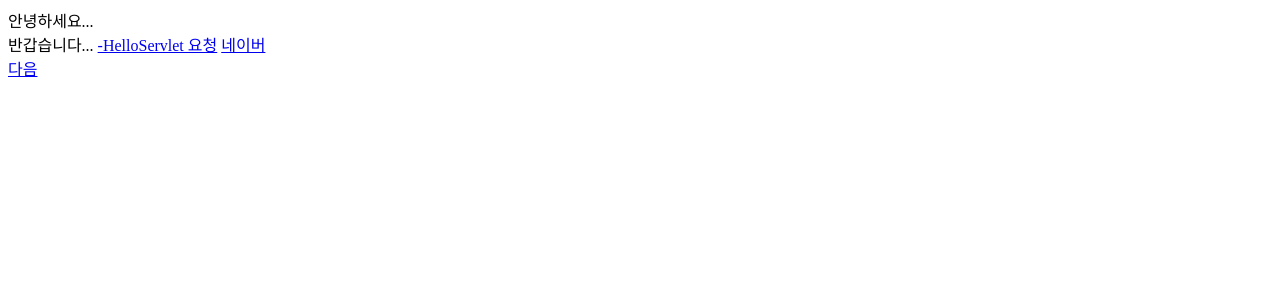
Repository: fellownew/web_workspace
Page: HelloworldWeb/WebContent/hello.html
An editor plug-in stored every save of this project. The page is shown before and after the next save, followed by the edit.
The browser window is 1280 px wide. The pictures show the whole page.

Above is the page before, as saved 2015-03-11 08:35:11.

After the next save:
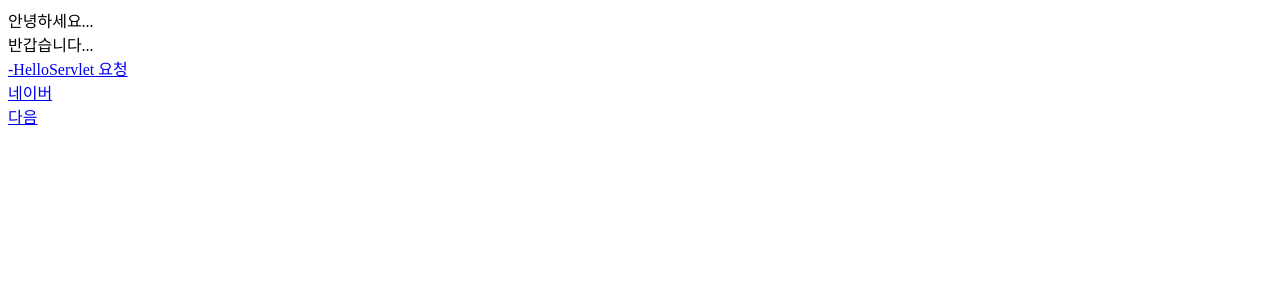
Saved 22 s later.
--- a/HelloworldWeb/WebContent/hello.html
+++ b/HelloworldWeb/WebContent/hello.html
@@ -6,9 +6,9 @@
 </head>
 <body>
 	안녕하세요...<br>
-	반갑습니다...
-	<a href="http://127.0.0.1:8088/HelloworldWeb/helloServlet">-HelloServlet 요청</a>
-	<a href="http://www.naver.com">네이버<br></a>
-	<a href="http://www.daum.net">다음<br></a>
+	반갑습니다...<br>
+	<a href="http://127.0.0.1:8088/HelloworldWeb/helloServlet">-HelloServlet 요청</a><br>
+	<a href="http://www.naver.com">네이버</a><br>
+	<a href="http://www.daum.net">다음</a><br>
 </body>
 </html>
